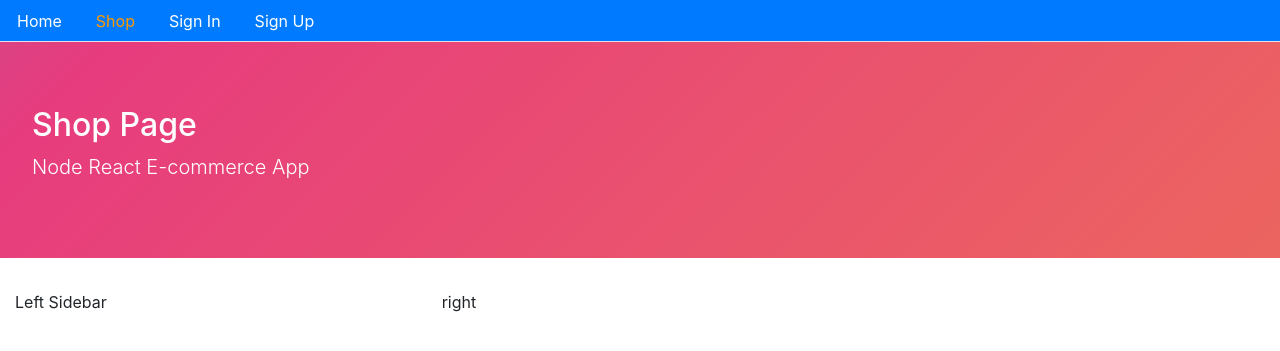
Repository: pragnyatata/Ecommerce
Page: /shop (app in ecommerce-front/)
An editor plug-in stored every save of this project. The page is shown before and after the next save, followed by the edit.
The browser window is 1280 px wide. The pictures show the whole page.
The project was rebuilt for these pictures with package versions that can differ from the ones it lists, and the page was loaded fresh each time. Also part of the build but not shown: ecommerce-front/src/user/Signup.js, ecommerce-front/src/user/Signin.js, ecommerce-front/src/core/apiCore.js, ecommerce-front/src/core/ShowImage.js, ecommerce-front/src/core/Card.js, ecommerce-front/src/core/Home.js, ecommerce-front/src/auth/PrivateRoute.js, ecommerce-front/src/user/UserDashboard.js and 5 more.

Above is the page before, as saved 2020-01-22 01:21:49.

### ecommerce-front/public/index.html
<!DOCTYPE html>
<html lang="en">
  <head>
    <meta charset="utf-8" />
    <link rel="icon" href="%PUBLIC_URL%/favicon.ico" />
    <meta name="viewport" content="width=device-width, initial-scale=1" />
    <meta name="theme-color" content="#000000" />
    <meta
      name="description"
      content="Web site created using create-react-app"
    />
    <link rel="apple-touch-icon" href="%PUBLIC_URL%/logo192.png" />
    <link rel="manifest" href="%PUBLIC_URL%/manifest.json" />
    <link
      rel="stylesheet"
      href="https://maxcdn.bootstrapcdn.com/bootstrap/4.0.0/css/bootstrap.min.css"
      integrity="sha384-Gn5384xqQ1aoWXA+058RXPxPg6fy4IWvTNh0E263XmFcJlSAwiGgFAW/dAiS6JXm"
      crossorigin="anonymous"
    />

    <title>React App</title>
  </head>
  <body>
    <noscript>You need to enable JavaScript to run this app.</noscript>
    <div id="root"></div>
  </body>
</html>

### ecommerce-front/src/index.js
import React from "react";
import ReactDOM from "react-dom";
// import App from "./App";
import Routes from "./Routes";
ReactDOM.render(<Routes />, document.getElementById("root"));

### ecommerce-front/src/Routes.js
import React, { Component } from "react";
import { BrowserRouter, Switch, Route } from "react-router-dom";
import Signup from "./user/Signup";
import Signin from "./user/Signin";
import Home from "./core/Home";
import PrivateRoute from "./auth/PrivateRoute";
import Dashboard from "./user/UserDashboard";
import AdminDashboard from "./user/AdminDashboard";
import AdminRoute from "./auth/AdminRoute";
import AddCategory from "./admin/AddCategory";
import AddProduct from "./admin/AddProduct";
import Shop from "./core/Shop";
const Routes = () => {
  return (
    <BrowserRouter>
      <Switch>
        <Route path="/" exact component={Home} />
        <Route path="/shop" exact component={Shop} />

        <Route path="/signin" exact component={Signin} />
        <Route path="/signup" exact component={Signup} />
        <PrivateRoute path="/user/dashboard" exact component={Dashboard} />
        <AdminRoute path="/admin/dashboard" exact component={AdminDashboard} />
        <AdminRoute path="/create/category" exact component={AddCategory} />
        <AdminRoute path="/create/product" exact component={AddProduct} />
      </Switch>
    </BrowserRouter>
  );
};
export default Routes;

### ecommerce-front/src/core/Shop.js
import React, { useState, useEffect } from "react";
import Layout from "./Layout";
import Card from "./Card";

const Shop = () => {
  return (
    <Layout
      title="Shop Page"
      description="Node React E-commerce App"
      className="container-fluid"
    >
      <div className="row">
        <div className="col-4">Left Sidebar</div>
        <div className="col-8">right</div>
      </div>
    </Layout>
  );
};
export default Shop;

### ecommerce-front/src/core/Layout.js
import React from "react";
import Menu from "./Menu";
import "../styles.css";
const Layout = ({
  title = "Title",
  description = "Description",
  className,
  children
}) => (
  <div>
    <Menu />
    <div className="jumbotron">
      <h2>{title}</h2>
      <p className="lead">{description}</p>
    </div>
    <div className={className}>{children}</div>
  </div>
);
export default Layout;

### ecommerce-front/src/auth/index.js
import { API } from "../config";

export const signup = user => {
  return fetch(`${API}/signup`, {
    method: "POST",
    dataType: "json",
    headers: {
      Accept: "application/json",
      "Content-Type": "application/json"
    },
    body: JSON.stringify(user)
  })
    .then(response => response.json())
    .then(response => {
      return response;
    })
    .catch(err => console.log(err));
};
export const signin = user => {
  return fetch(`${API}/signin`, {
    method: "POST",
    dataType: "json",
    headers: {
      Accept: "application/json",
      "Content-Type": "application/json"
    },
    body: JSON.stringify(user)
  })
    .then(response => response.json())
    .then(response => {
      return response;
    })
    .catch(err => console.log(err));
};
export const authenticate = (data, next) => {
  if (typeof window !== "undefined")
    localStorage.setItem("jwt", JSON.stringify(data));
  next();
};
export const signout = next => {
  if (typeof window !== "undefined") {
    localStorage.removeItem("jwt");
    next();
    return fetch(`${API}/signout`, {
      method: "GET"
    })
      .then(response => {
        console.log("signout", response);
      })
      .catch(err => console.log(err));
  }
};
export const isAuthenticated = () => {
  if (typeof window === "undefined") {
    return false;
  }
  if (localStorage.getItem("jwt")) {
    return JSON.parse(localStorage.getItem("jwt"));
  } else return false;
};

### ecommerce-front/src/core/Menu.js
import React, { Fragment } from "react";
import { Link, withRouter } from "react-router-dom";
import { signout, isAuthenticated } from "../auth";
const isActive = (history, path) => {
  if (history.location.pathname === path) return { color: "#ff9900" };
  return { color: "#ffffff" };
};

const Menu = ({ history }) => (
  <div>
    <ul className="nav nav-tabs bg-primary">
      <li className="nav-item">
        <Link className="nav-link" style={isActive(history, "/")} to="/">
          Home
        </Link>
      </li>
      <li className="nav-item">
        <Link
          className="nav-link"
          style={isActive(history, "/shop")}
          to="/shop"
        >
          Shop
        </Link>
      </li>

      {!isAuthenticated() && (
        <Fragment>
          <li className="nav-item">
            <Link
              className="nav-link"
              style={isActive(history, "/signin")}
              to="/signin"
            >
              Sign In{" "}
            </Link>
          </li>
          <li className="nav-item">
            <Link
              className="nav-link"
              style={isActive(history, "/signup")}
              to="/signup"
            >
              Sign Up
            </Link>
          </li>
        </Fragment>
      )}
      {isAuthenticated() && (
        <li className="nav-item">
          <span
            className="nav-link"
            style={{ cursor: "pointer", color: "#ffffff" }}
            onClick={() =>
              signout(() => {
                history.push("/");
              })
            }
          >
            Sign Out
          </span>
        </li>
      )}
      {isAuthenticated() && isAuthenticated().user.role === 0 && (
        <li className="nav-item">
          <Link
            className="nav-link"
            style={isActive(history, "/user/dashboard")}
            to="/user/dashboard"
          >
            Dashboard
          </Link>
        </li>
      )}
      {isAuthenticated() && isAuthenticated().user.role === 1 && (
        <li className="nav-item">
          <Link
            className="nav-link"
            style={isActive(history, "/admin/dashboard")}
            to="/admin/dashboard"
          >
            Dashboard
          </Link>
        </li>
      )}
    </ul>
  </div>
);
export default withRouter(Menu);

### ecommerce-front/src/styles.css
.btn,
.jumbotron,
.nav:hover {
  border-radius: 0px;
}

/* product image on card */

.product-img {
  min-height: 100px;
}
.jumbotron {
  width: 30wh;
  height: 30vh;
  color: #fff;
  background: linear-gradient(-45deg, #ee7752, #e73c7e, #23a6d5, #23d5ab);
  background-size: 400% 400%;
  -webkit-animation: Gradient 15s ease infinite;
  -moz-animation: Gradient 15s ease infinite;
  animation: Gradient 15s ease infinite;
}

@-webkit-keyframes Gradient {
  0% {
    background-position: 0% 50%;
  }
  50% {
    background-position: 100% 50%;
  }
  100% {
    background-position: 0% 50%;
  }
}

@-moz-keyframes Gradient {
  0% {
    background-position: 0% 50%;
  }
  50% {
    background-position: 100% 50%;
  }
  100% {
    background-position: 0% 50%;
  }
}

@keyframes Gradient {
  0% {
    background-position: 0% 50%;
  }
  50% {
    background-position: 100% 50%;
  }
  100% {
    background-position: 0% 50%;
  }
}

### ecommerce-front/src/config.js
export const API = "http://localhost:8000/api";

After the next save:
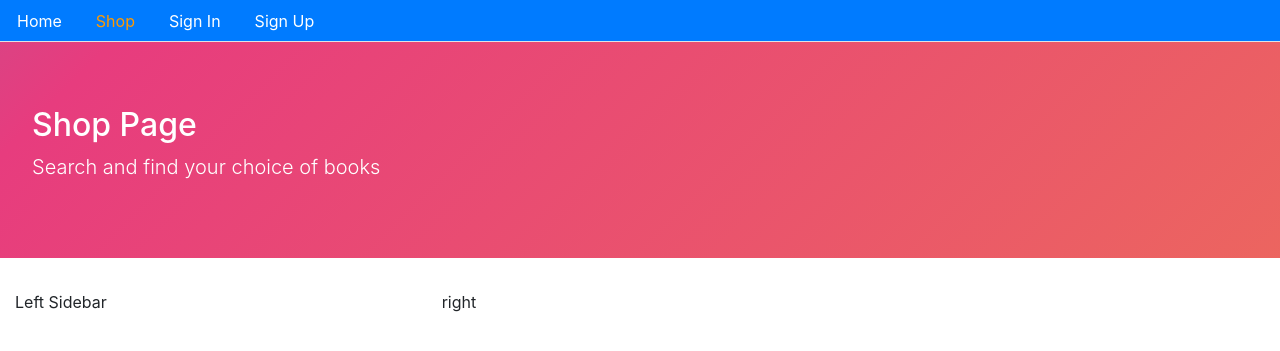
Saved 53 s later.
--- a/ecommerce-front/src/core/Shop.js
+++ b/ecommerce-front/src/core/Shop.js
@@ -6,7 +6,7 @@ const Shop = () => {
   return (
     <Layout
       title="Shop Page"
-      description="Node React E-commerce App"
+      description="Search and find your choice of books"
       className="container-fluid"
     >
       <div className="row">
